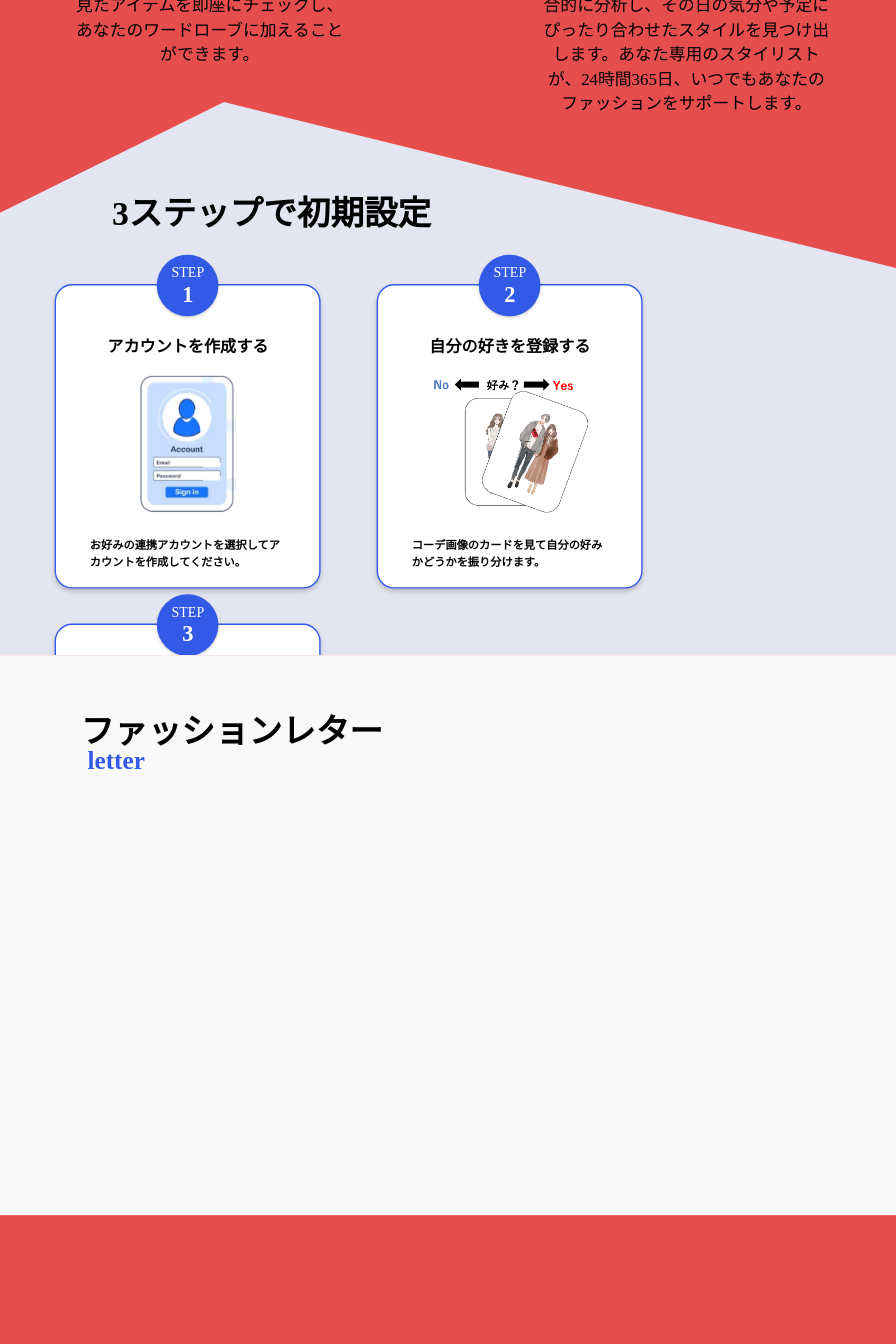
Repository: Yoshiki0418/yahoo.hack
Page: welcome.html
An editor plug-in stored every save of this project. The page is shown before and after the next save, followed by the edit.
The browser window is 1280 px wide. The pictures show the part of the page from y = 3027 to 4947 px (the page is 5407 px tall), at 70% of full size.

Above is the page before, as saved 2024-02-10 00:01:49.

After the next save:
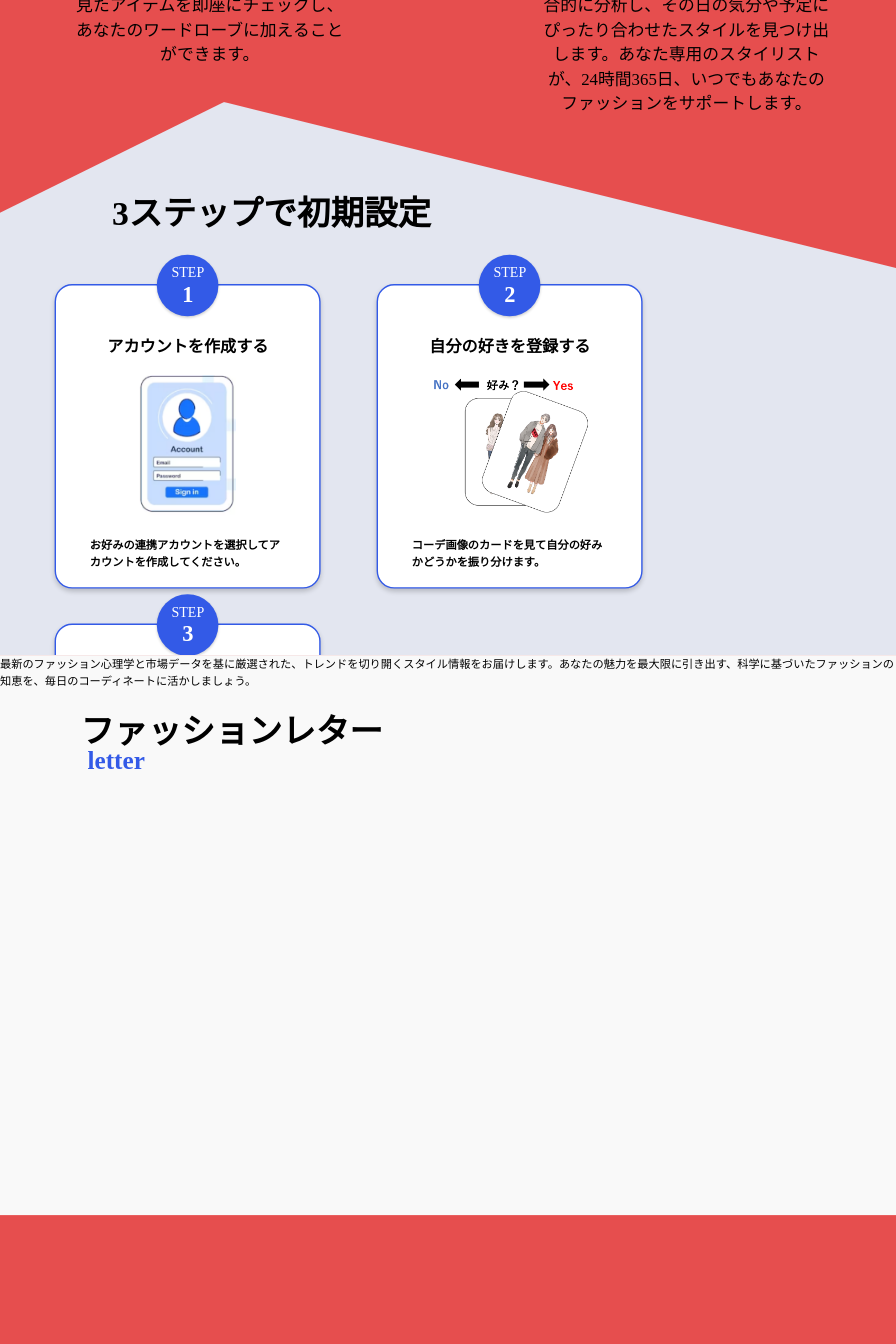
Saved 22 s later.
--- a/welcome.html
+++ b/welcome.html
@@ -115,7 +115,7 @@
             <div class="article_section">
                 <h2>ファッションレター</h2>
                 <h3>letter</h3>
-                <p></p>
+                <p>最新のファッション心理学と市場データを基に厳選された、トレンドを切り開くスタイル情報をお届けします。あなたの魅力を最大限に引き出す、科学に基づいたファッションの知恵を、毎日のコーディネートに活かしましょう。</p>
 
             </div>
 
